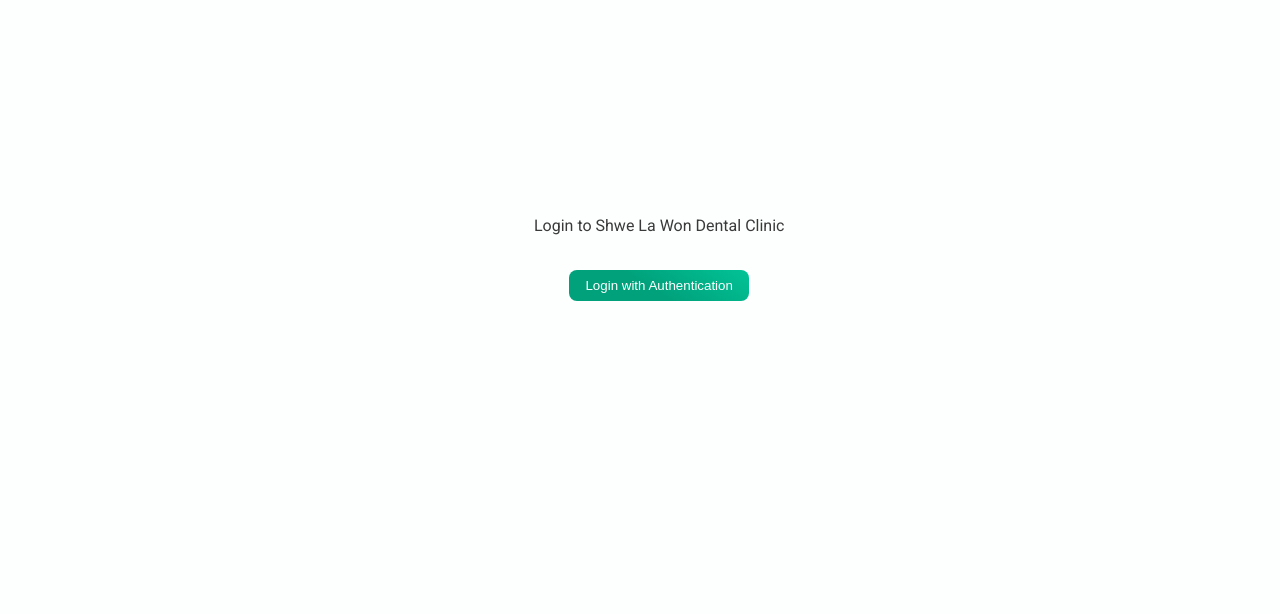
Repository: mrkaskar/frontendpatientrecord_typescript
Page: /
The author's editor kept a copy of each file at every save. The page is drawn from the files as they stood at one save, then again after the next save.
The browser window is 1280 px wide. The pictures show the whole page.
The page's requests for data from a server got no answer. The project was rebuilt for these pictures with package versions that can differ from the ones it lists, and the page was loaded fresh each time. A package was used in the major version that the imports need, not the one package.json lists. No one was signed in, and anything a server would have sent is missing. Also part of the build but not shown: src/components/checkbox/styles/index.css, src/components/checkbox/main.tsx, src/components/dropdown/styles/index.css, src/components/dropdown/main.tsx, src/components/iconbutton/styles/index.css, src/components/iconbutton/main.tsx, src/components/table/styles/index.css, src/components/table/main.tsx and 40 more.

Above is the page before, as saved 2021-12-27 18:45:46.

After the next save:
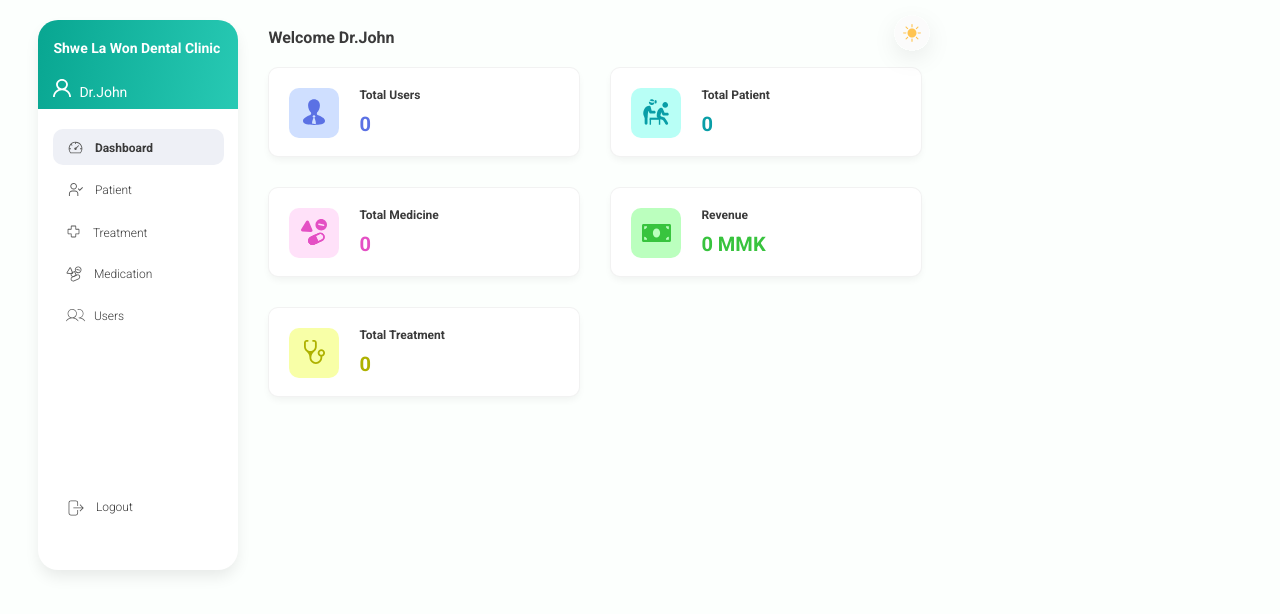
Saved 28 s later.
--- a/src/App.tsx
+++ b/src/App.tsx
@@ -66,7 +66,7 @@
       }}
     >
       {
-      !user.name
+      !user
         ? <Login error="This user is not authenticated! Try with another user" />
         : (
           <Router>

After the save that followed:
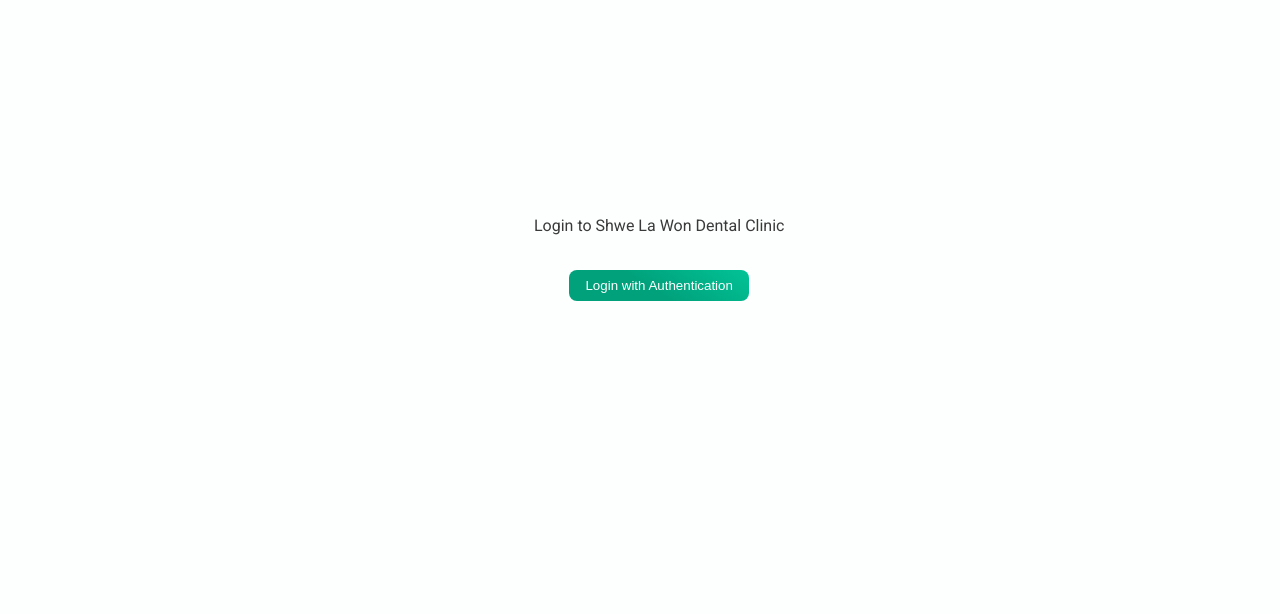
Saved 29 s later.
--- a/src/App.tsx
+++ b/src/App.tsx
@@ -66,7 +66,7 @@
       }}
     >
       {
-      !user
+      !user.name || !user.type
         ? <Login error="This user is not authenticated! Try with another user" />
         : (
           <Router>
